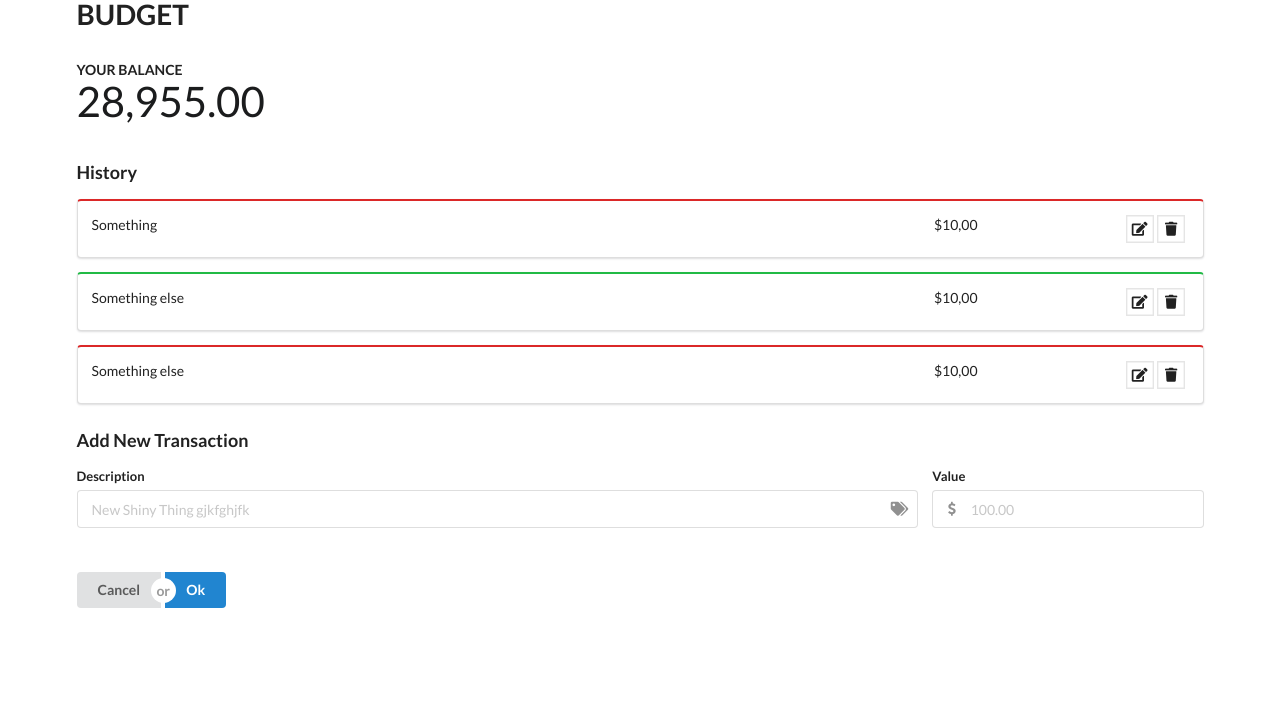
Repository: farrdy/budgets-react
Page: /
These files come from the project's save history. The page is drawn as it stood at one moment and after the next save; the edit follows.
The browser window is 1280 px wide. The pictures show the whole page.
The project was rebuilt for these pictures with package versions that can differ from the ones it lists, and the page was loaded fresh each time.

Above is the page before, as saved 2022-03-19 07:02:29.

### src/App.js
import { Grid, Container, Header, Segment, Icon, } from 'semantic-ui-react';
import MainHeader from './components/MainHeader';

import NewEntryForm from './components/NewEntryForm';
import DisplayBalance from './components/DisplayBalance'

function App() {
  return (
    <Container>
      <MainHeader />
      <DisplayBalance title="Your Balance" Value="28,955.00" Color="black" size="small" />


      <Header as='h3'>History</Header>
      <Segment color='red'>
        <Grid columns={3} textAlign='right'>
          <Grid.Row>
            <Grid.Column width={10} textAlign='left'>Something</Grid.Column>
            <Grid.Column width={3} textAlign='right'>$10,00</Grid.Column>
            <Grid.Column width={3}>
              <Icon name='edit' bordered />
              <Icon name='trash' bordered />
            </Grid.Column>
          </Grid.Row>
        </Grid>
      </Segment>
      <Segment color='green'>
        <Grid columns={3} textAlign='right'>
          <Grid.Row>
            <Grid.Column width={10} textAlign='left'>Something else</Grid.Column>
            <Grid.Column width={3} textAlign='right'>$10,00</Grid.Column>
            <Grid.Column width={3}>
              <Icon name='edit' bordered />
              <Icon name='trash' bordered />
            </Grid.Column>
          </Grid.Row>
        </Grid>
      </Segment>
      <Segment color='red'>
        <Grid columns={3} textAlign='right'>
          <Grid.Row>
            <Grid.Column width={10} textAlign='left'>Something else</Grid.Column>
            <Grid.Column width={3} textAlign='right'>$10,00</Grid.Column>
            <Grid.Column width={3}>
              <Icon name='edit' bordered />
              <Icon name='trash' bordered />
            </Grid.Column>
          </Grid.Row>
        </Grid>
      </Segment>
      <Header as='h3'>
        Add New Transaction
      </Header>
      <NewEntryForm />
    </Container>
  );
}

export default App;

### src/components/MainHeader.js
import React from 'react';
import { Header } from 'semantic-ui-react';

function MainHeader(props) {
    return <Header as='h1'>BUDGET</Header>
}

export default MainHeader;

### src/components/NewEntryForm.js
import React from 'react';
import { Form } from 'semantic-ui-react';
import ButtonSaveOrCancel from './ButtonSaveOrCancel';

function NewEntryForm(props) {
    return (

        <Form unstackable >
            <Form.Group>
                <Form.Input
                    icon='tags'
                    width={12}
                    label='Description'
                    placeholder='New Shiny Thing gjkfghjfk'
                />
                <Form.Input
                    icon='dollar'
                    width={4}
                    label='Value'
                    iconPosition='left'
                    placeholder='100.00'
                />
            </Form.Group>
            <ButtonSaveOrCancel />

        </Form>

    );
}

export default NewEntryForm;

### src/components/DisplayBalance.js
import React from 'react';
import { Statistic } from 'semantic-ui-react'

function DisplayBalance({ title, Value, Color = "black", size = 'tiny' }) {
    return (
        <Statistic size={size} color={Color}>
            <Statistic.Label style={{ textAlign: 'left' }}>
                {title}
            </Statistic.Label>
            <Statistic.Value>
                {Value}
            </Statistic.Value>

        </Statistic>
    );
}

export default DisplayBalance;

### src/components/ButtonSaveOrCancel.js
import React from 'react';
import { Button } from 'semantic-ui-react';

function ButtonSaveOrCancel(props) {
    return (
        <Button.Group style={{ marginTop: 30 }}>
            <Button>Cancel</Button>
            <Button.Or></Button.Or>
            <Button primary>Ok</Button>
        </Button.Group>
    );
}

export default ButtonSaveOrCancel;

### src/components/DisplayBalances.js
import React from 'react';
import { Grid, Segment } from 'semantic-ui-react';
import DisplayBalance from './DisplayBalance';

const DisplayBalances = () => {
    return (
        <Segment textAlign='center'>
        <Grid columns={2} divided>
          <Grid.Row>
            <Grid.Column>
              <DisplayBalance title="Income" Value="50,555.00" Color="green" />
            </Grid.Column>
            <Grid.Column>
              <DisplayBalance title="Expenses" Value="21,600.00" Color="red" /></Grid.Column>
          </Grid.Row>
        </Grid>
      </Segment>
    );
};

export default DisplayBalances;

Loaded but not shown: public/index.html (common file); src/index.js (common file); src/index.css (common file); src/reportWebVitals.js (common file)

After the next save:
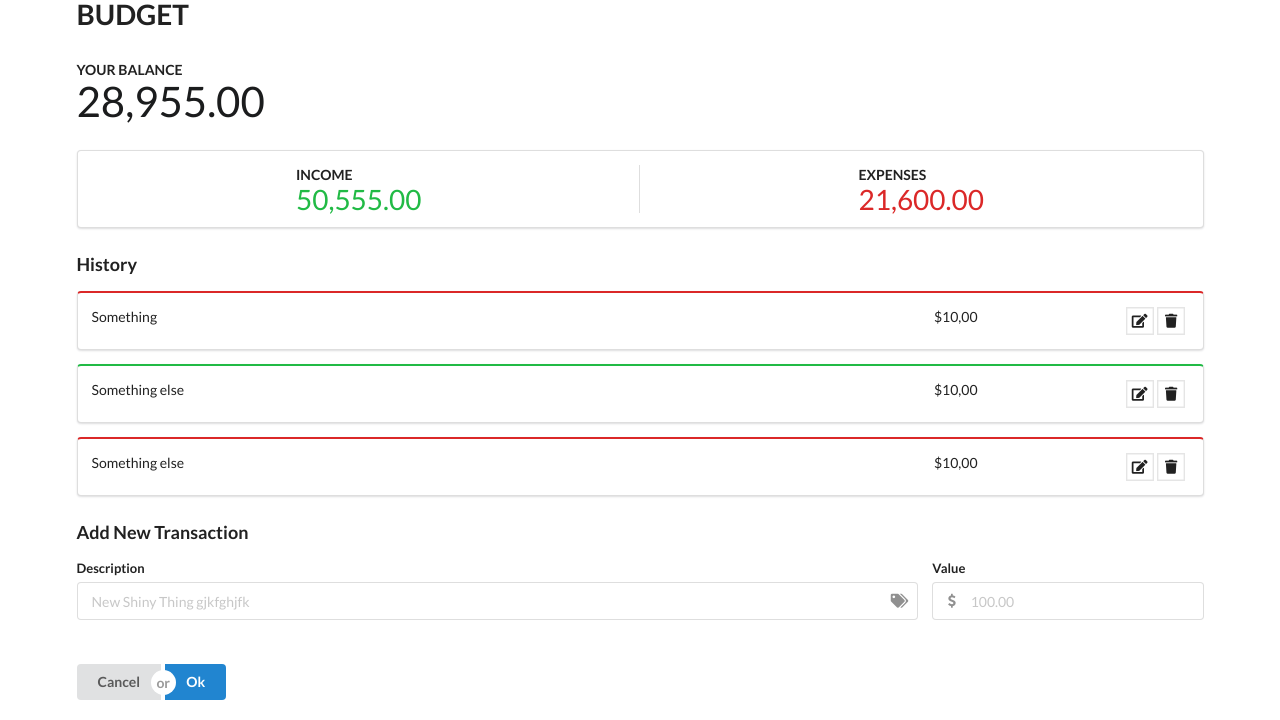
Saved 14 s later.
--- a/src/App.js
+++ b/src/App.js
@@ -3,13 +3,14 @@ import MainHeader from './components/MainHeader';
 
 import NewEntryForm from './components/NewEntryForm';
 import DisplayBalance from './components/DisplayBalance'
+import DisplayBalances from './components/DisplayBalances';
 
 function App() {
   return (
     <Container>
       <MainHeader />
       <DisplayBalance title="Your Balance" Value="28,955.00" Color="black" size="small" />
-
+<DisplayBalances/>
 
       <Header as='h3'>History</Header>
       <Segment color='red'>
